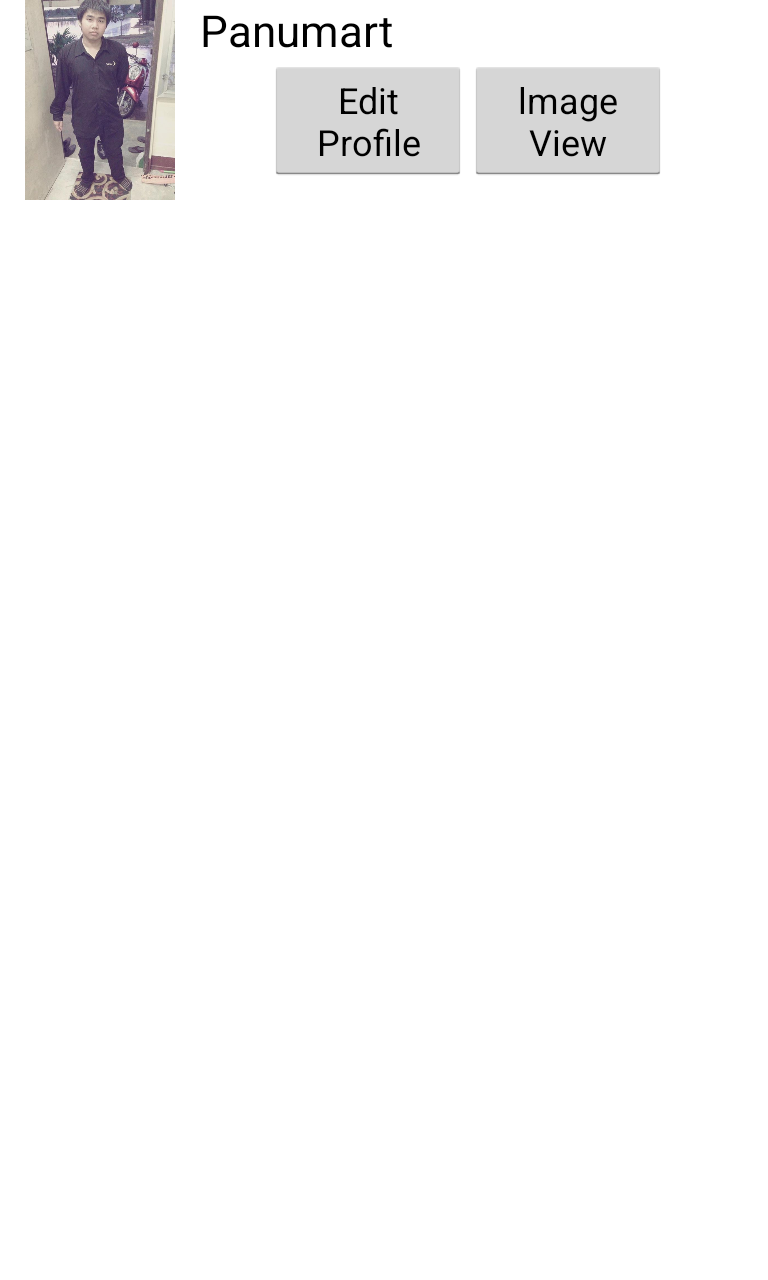
Repository: PanumartThamkawin/Resuma_55410657
Layout: Panu657/res/layout/activity_main.xml
An editor plug-in stored every save of this project. The layout is shown before and after the next save, followed by the edit.
It is drawn on a 768 x 1280 px phone screen (xhdpi) without system bars, with theme AppTheme; the app's code is not run.

Above is the layout before, as saved 2014-09-01 05:45:08.

### Panu657/res/layout/activity_main.xml
<RelativeLayout xmlns:android="http://schemas.android.com/apk/res/android"
    xmlns:tools="http://schemas.android.com/tools"
    android:layout_width="match_parent"
    android:layout_height="match_parent"
    android:layout_marginLeft="5dp"
    tools:context="${relativePackage}.${activityClass}" >

    <LinearLayout
        android:id="@+id/linearLayout1"
        android:layout_width="100dp"
        android:layout_height="100dp" >

        <ImageView
            android:id="@+id/imageView1"
            android:layout_width="wrap_content"
            android:layout_height="wrap_content"
            android:src="@drawable/jame" />
    </LinearLayout>

    <TextView
        android:id="@+id/textView1"
        android:layout_width="wrap_content"
        android:layout_height="wrap_content"
        android:layout_alignParentTop="true"
        android:layout_toRightOf="@+id/linearLayout1"
        android:text="Panumart "
        android:textAppearance="?android:attr/textAppearanceLarge" />

    <LinearLayout
        android:layout_width="wrap_content"
        android:layout_height="wrap_content"
        android:layout_alignParentRight="true"
        android:layout_below="@id/textView1"
        android:layout_marginRight="50dp" >

        <Button
            android:id="@+id/button1"
            android:layout_width="100dp"
            android:layout_height="wrap_content"
            android:text="Edit Profile" />

        <Button
            android:id="@+id/button2"
            android:layout_width="100dp"
            android:layout_height="wrap_content"
            android:text="lmage View" />

    </LinearLayout>

    <LinearLayout
        android:layout_width="wrap_content"
        android:layout_height="wrap_content" >
    </LinearLayout>

</RelativeLayout>

Loaded but not shown: Panu657/res/values/styles.xml (common file); Panu657/res/values-v11/styles.xml (common file); Panu657/res/values-v14/styles.xml (common file)

After the next save:
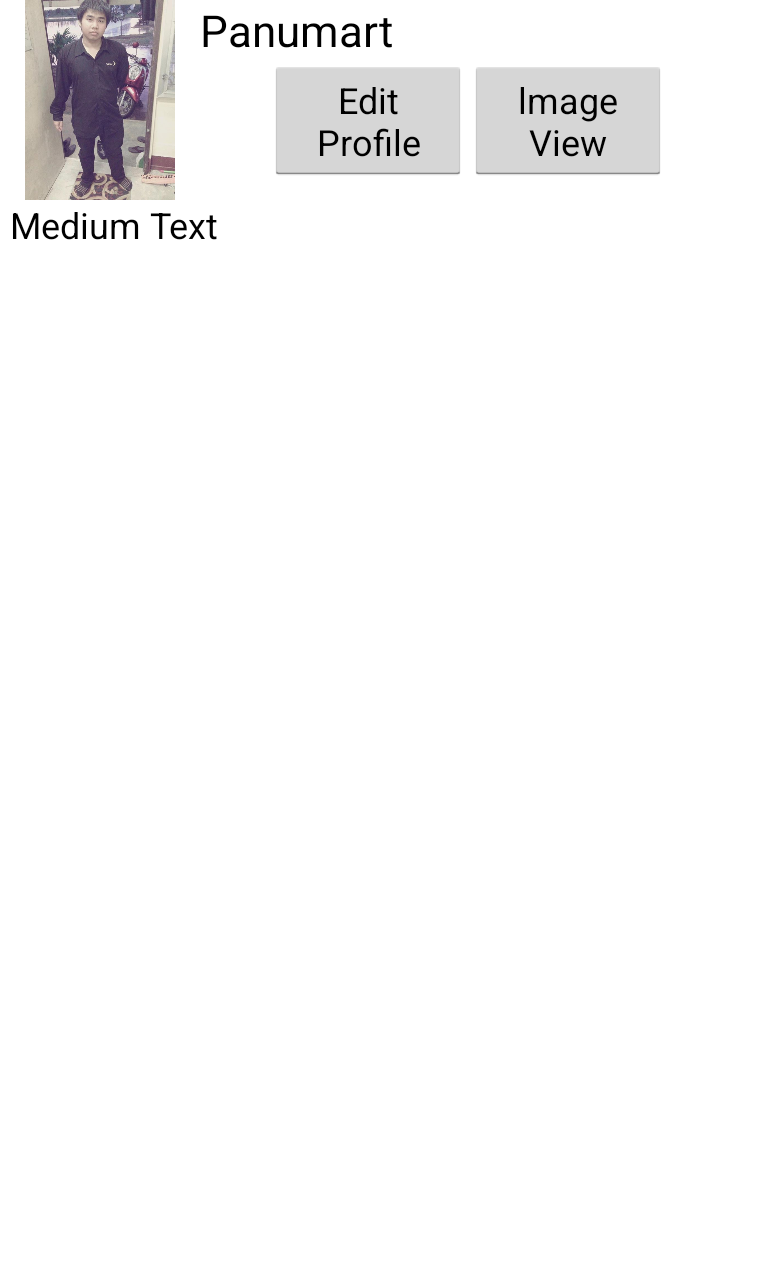
Saved 6 min 35 s later.
--- a/Panu657/res/layout/activity_main.xml
+++ b/Panu657/res/layout/activity_main.xml
@@ -48,8 +48,18 @@
     </LinearLayout>
 
     <LinearLayout
-        android:layout_width="wrap_content"
-        android:layout_height="wrap_content" >
+        android:layout_width="match_parent"
+        android:layout_height="wrap_content"
+        android:layout_below="@id/linearLayout1" >
+
+        <TextView
+            android:id="@+id/textView2"
+            android:layout_width="wrap_content"
+            android:layout_height="wrap_content"
+            android:layout_marginLeft="5dp"
+            android:text="Medium Text"
+            android:textAppearance="?android:attr/textAppearanceMedium" />
+
     </LinearLayout>
 
 </RelativeLayout>
